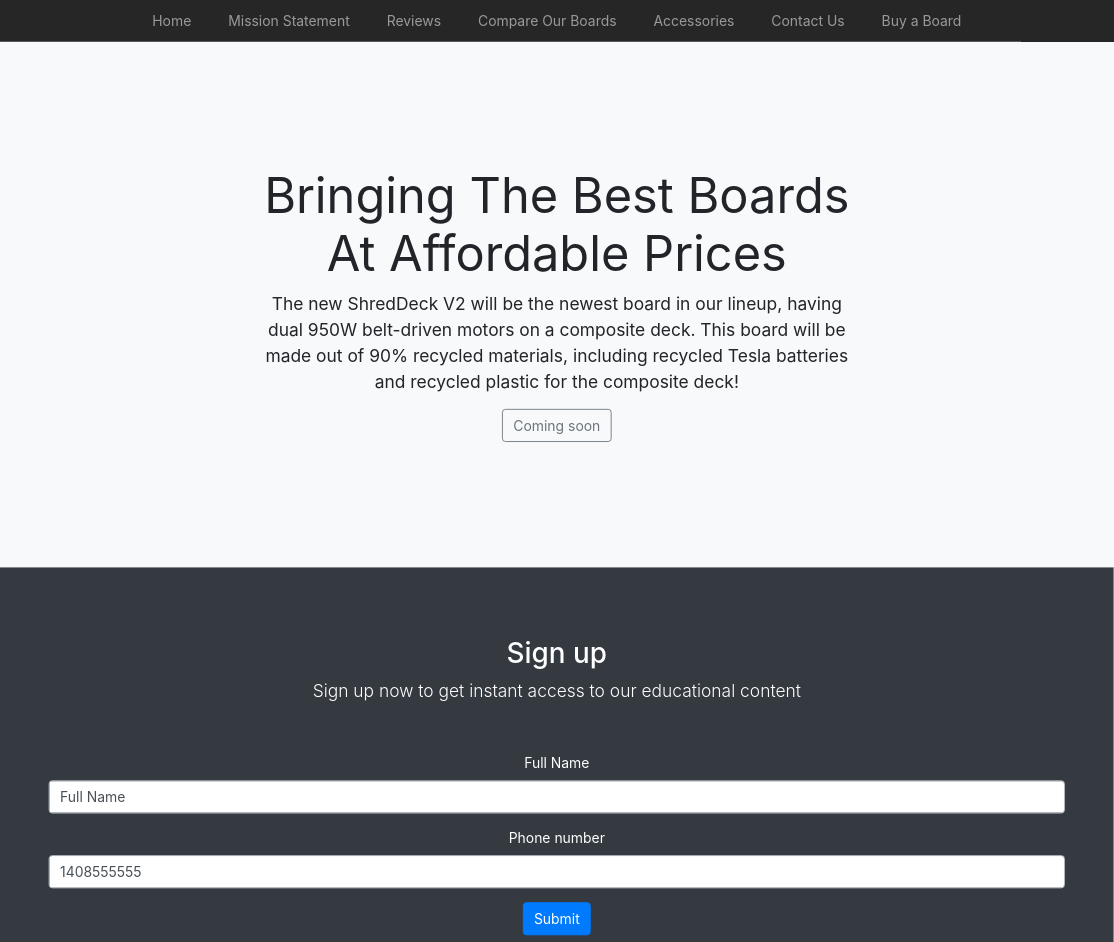
Repository: Heinzkopf/StefanPeekhaus-Website
Page: Lab 2/index.html
The author's editor kept a record of every edit. The page is drawn from the files as they stood at one moment, then again after the next edit.
The browser window is 1280 px wide. The pictures show the whole page, at 87% of full size.

Above is the page before.

After the next edit:
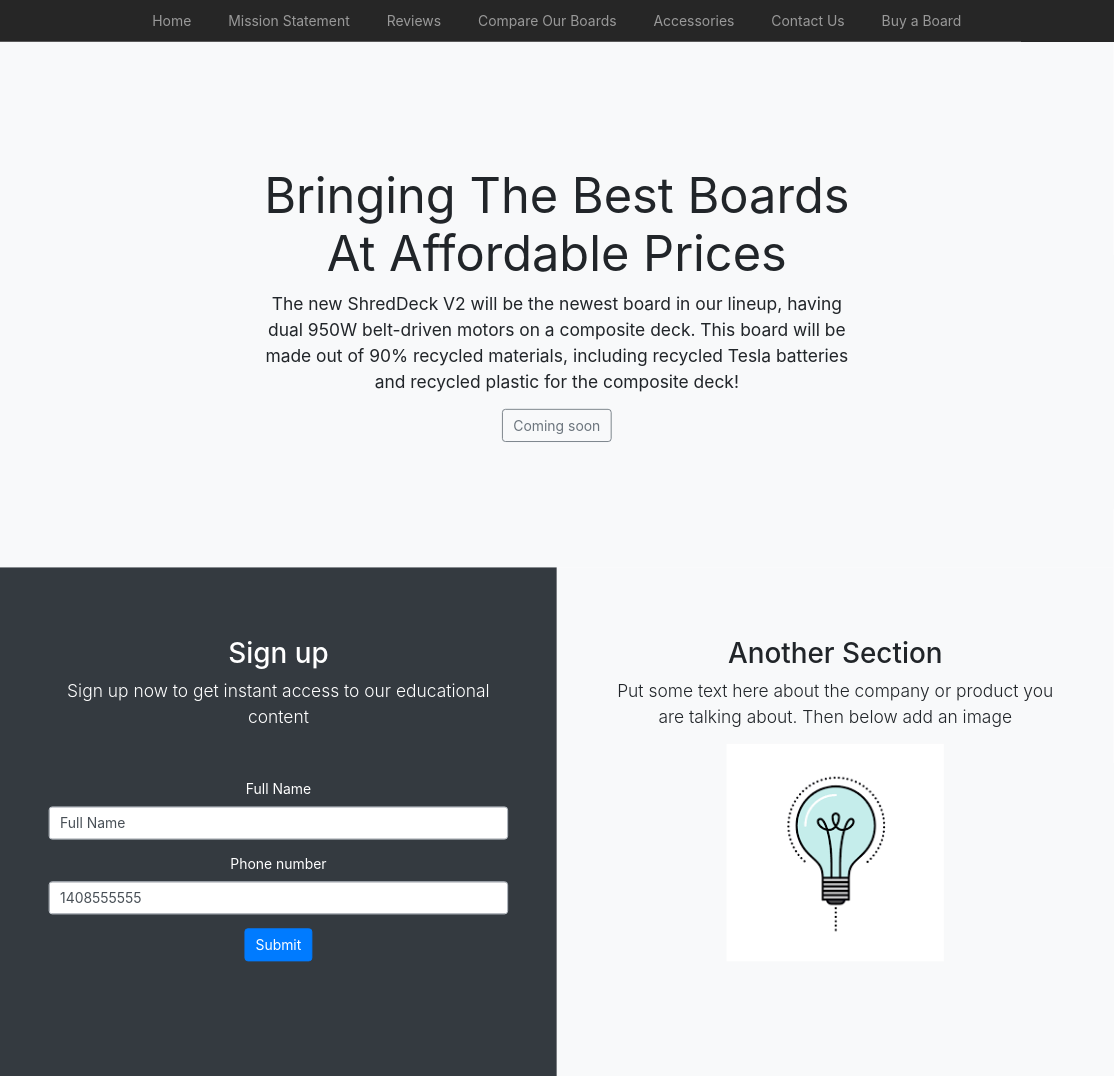
The edit:
--- a/Lab 2/index.html
+++ b/Lab 2/index.html
@@ -74,5 +74,15 @@
             <button type="submit" class="btn btn-primary">Submit</button>
         </form>
     </div>
+    <!-- Right Tile -->
+    <div class="bg-light pt-3 px-3 pt-md-5 px-md-5 text-center overflow-hidden">
+        <div class="my-3 p-3">
+            <h2 class="display-5">Another Section</h2>
+            <p class="lead">Put some text here about the company or product you are talking about. Then below add an image</p>
+            <img class="mx-auto" src="example_image.png" height="250px">
+          </div>
+          <div class="mx-auto" style="width: 80%; height: 100px; border-radius: 21px 21px 0 0;"></div>
+      </div>
+    </div>
   </body>
 </html>
